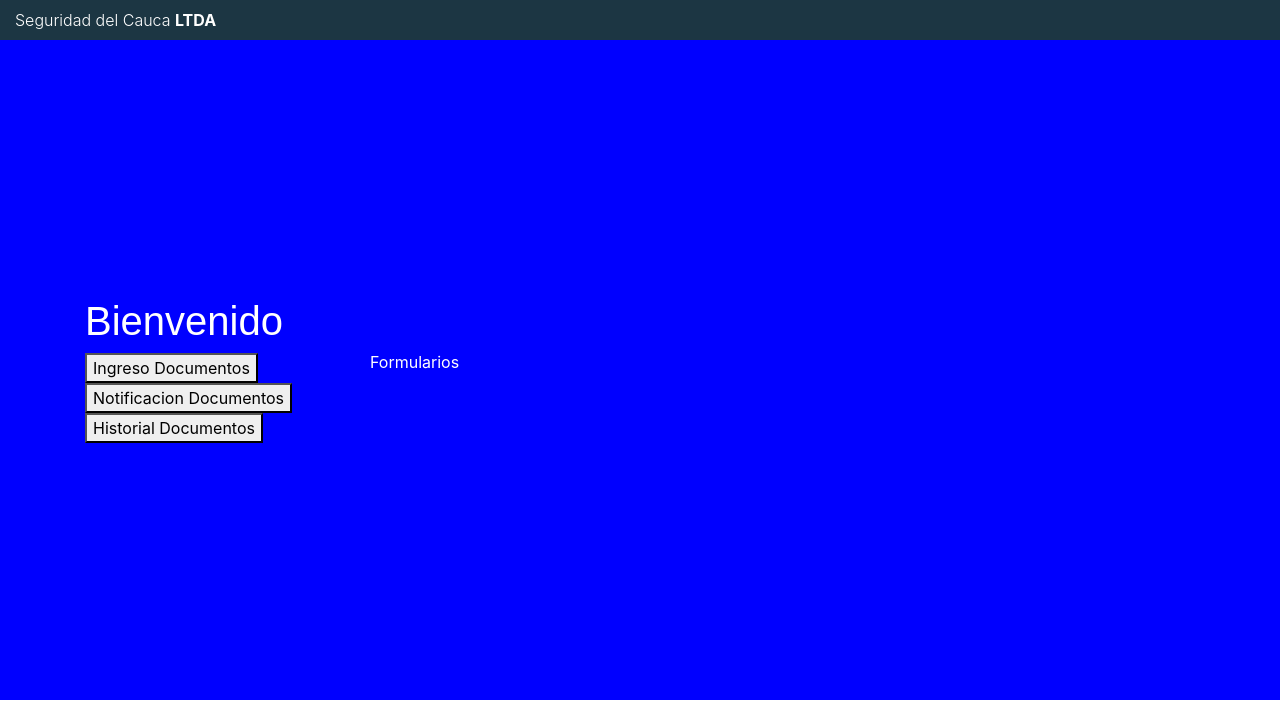
Repository: CristianPalta1/pages_react
Page: /Dashboard
The author's editor kept a copy of each file at every save. The page is drawn from the files as they stood at one save, then again after a run of saves.
The browser window is 1280 px wide. The pictures show the whole page.
The project was rebuilt for these pictures with package versions that can differ from the ones it lists, and the page was loaded fresh each time. Also part of the build but not shown: src/components/Forms.jsx, src/pages/Inicio.jsx, src/pages/IngresoDoc.jsx, src/pages/NotifiDoc.jsx, src/components/Registros.jsx, src/components/styles/BadgesList.css, src/components/BadgeList.jsx, src/components/styles/Badges.css and 3 more.

Above is the page before, as saved 2019-08-25 14:17:03.

After the next 7 saves:
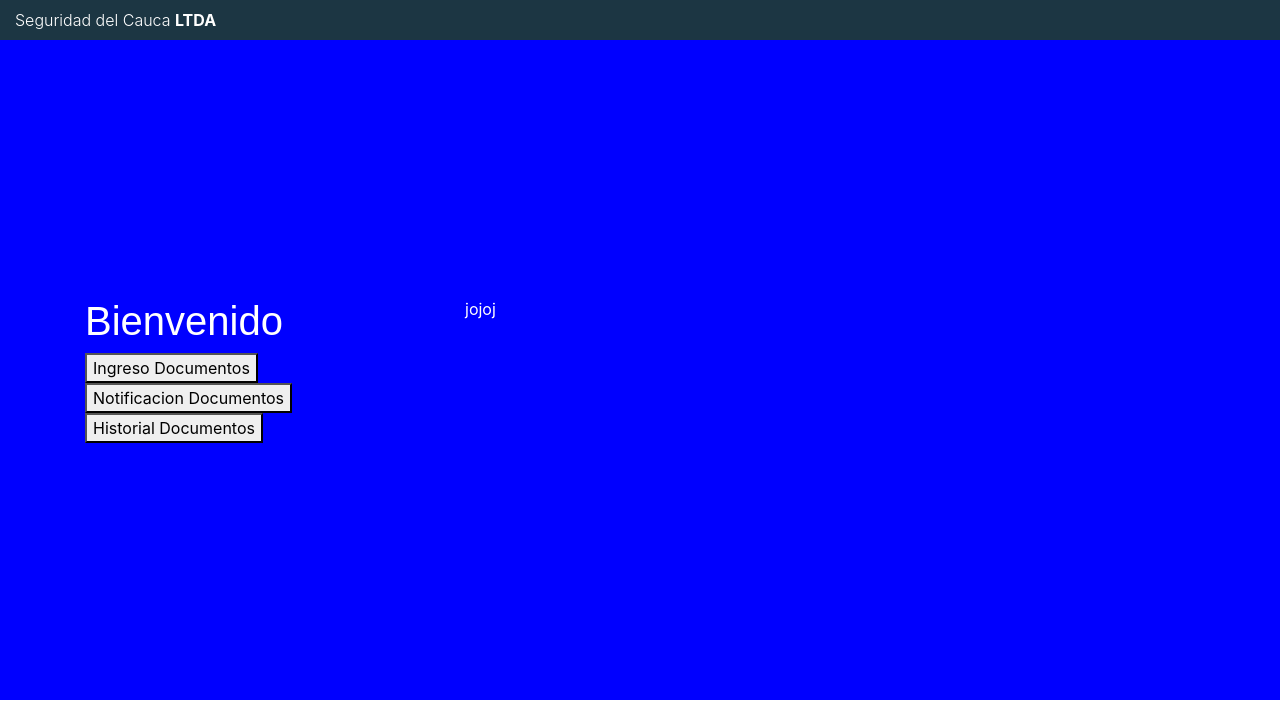
The 7 saves are shown as one change because 4 did not build or start and some came seconds apart.
The last was saved 36 s later.
--- a/src/components/Container.jsx
+++ b/src/components/Container.jsx
@@ -6,21 +6,13 @@ class Carousel extends Component {
       <div className="Home">
         <div className="container">
           <div className="row">
-              <div className="Home__col col-3">
-                <h1>Bienvenido </h1>
-                <button>
-                    Ingreso Documentos
-                </button>
-                <button>
-                    Notificacion Documentos
-                </button>
-                <button>
-                    Historial Documentos
-                </button>
-              </div>
-              <div className="Home__col col-9">
-                  <p>Formularios</p>
-              </div>
+            <div className="col-4">
+              <h1>Bienvenido </h1>
+              <button>Ingreso Documentos</button>
+              <button>Notificacion Documentos</button>
+              <button>Historial Documentos</button>
+            </div>
+            <div className="col-8">jojoj</div>
           </div>
         </div>
       </div>
